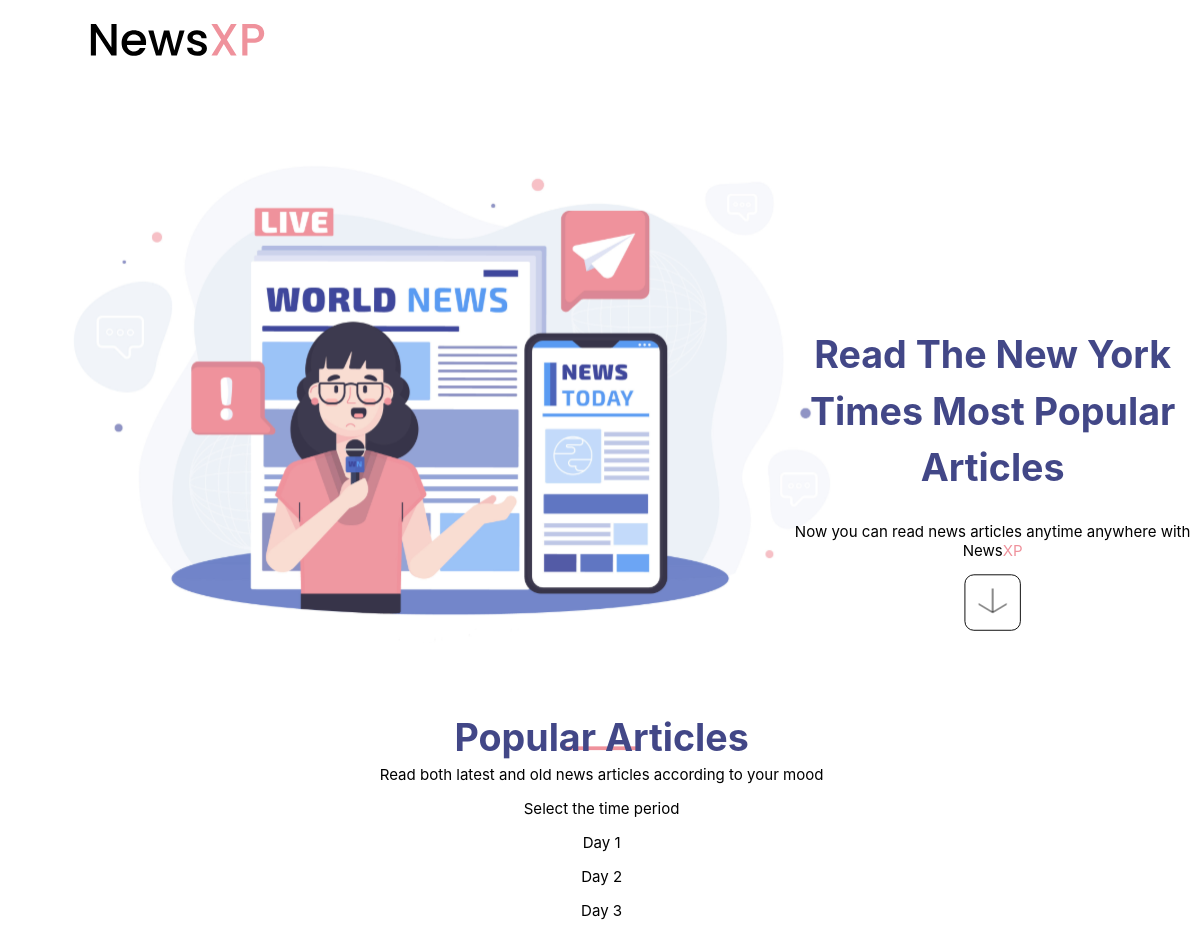
Repository: vishalsinghhh/NewsXP
Page: /
These files come from the project's save history. The page is drawn as it stood at one moment and after the next save; the edit follows.
The browser window is 1280 px wide. The pictures show the whole page, at 94% of full size.
The project was rebuilt for these pictures with package versions that can differ from the ones it lists, and the page was loaded fresh each time. Imported but missing from the stored project, and not drawn on this page: src/pages/Error.

Above is the page before, as saved 2021-08-20 11:16:49.

### src/App.js
import React from "react";
import { BrowserRouter as Router, Route, Switch } from "react-router-dom";
// import pages
import Home from "./pages/Home";
import Error from "./pages/Error";
// import components
import Navbar from "./components/Navbar"
import Footer from "./components/Footer"

function App() {
  return (
    <div>
      <Router>
        <Navbar />
        <Switch>
          <Route exact path="/">
            <Home />
          </Route>
          <Route path="*">
            <Error />
          </Route>
        </Switch>
        <Footer/>
      </Router>
    </div>
  );
}

export default App;

### src/pages/Home.jsx
import React from 'react'
import hero from '../images/hero.svg'
import arrow from '../images/arror.svg'
import './pages.css'

const Home = () => {
    return (
      <main>
        <div className="hero">
          <div className="hero-center">
            <div className="hero-info">
              <h1>Read The New York Times Most Popular Articles</h1>
              <p>
                Now you can read news articles anytime anywhere with News
                <span className="xp">XP</span>
              </p>
              <button className="btn">
                <img src={arrow} alt="arrow" className="arrow" />
              </button>
            </div>
            <div className="hero-images">
              <img src={hero} alt="hero" className="hero-img" />
            </div>
          </div>
        </div>
        <div className="news">
          <div className="news-center">
            <div className="news-info">
              <h1 className="news-title">Popular Articles</h1>
              <div className="underline"></div>
              <p>
                Read both latest and old news articles according to your mood
              </p>
              <p>Select the time period</p>
              <div className="days">
                <div className="day1"><p>Day 1</p></div>
                <div className="day2"><p>Day 2</p></div>
                <div className="day3"><p>Day 3</p></div>
              </div>
              <div className="news-cards">
              </div>
            </div>
          </div>
        </div>
      </main>
    );
}

export default Home

### src/components/Navbar.js
import React from 'react'
import { Link } from "react-router-dom";
import logo from '../images/logo.svg';
import './Components.css';

const Navbar = () => {
    return (
        <nav className="nav">
            <div className="nav-center">
                <Link to='/'>
                    <img src={logo} alt="logo" className="logo" />
                </Link>
            </div>
        </nav>
    )
}

export default Navbar

### src/components/Footer.js
import React from 'react'

const Footer = () => {
    return (
        <div>
            {/* <h1>Footer</h1> */}
        </div>
    )
}

export default Footer

### src/pages/pages.css
.btn {
  /* Rectangle 1 */

  /* position: absolute; */
  width: 60px;
  height: 60px;
  left: 1113px;
  top: 512px;

  background: #ffffff;
  border: 1px solid #000000;
  box-sizing: border-box;
  border-radius: 10px;
}

.hero::before {
  content: "";
  position: absolute;
  width: 100%;
  height: 65%;
  top: 0;
  left: 0;
}
.hero {
  position: relative;
  min-height: 100vh;
  margin-top: -5rem;
  margin-left: 2rem;
  display: grid;
  grid-template-columns: 1fr;
  /* justify-items: center; */
}
.hero-center {
  width: 90vw;
  max-width: var(--max-width);
  display: grid;
  align-items: center;
}
.hero-img {
  /* position: relative; */
  z-index: -1;
  margin-top: 10%;
}
.hero-info {
  position: absolute;
  text-transform: none;
  margin-left: 50rem;
  margin-top: 16rem;
  text-align: center;
}
.hero-info h1 {

  max-width: 1500px;
  font-size: 2.5rem;
  letter-spacing: 3%;
  line-height: 150%;
  color: #424787;
}
.xp{
    color: #EF929C;
}
.btn{
    cursor: pointer;
}
.btn:hover{
    background: #EF929C;
    transition: all 0.7s ease;
}
.arrow{
    animation: bounce 2s infinite;
}
@keyframes bounce {
  0%, 20%, 50%, 80%, 100% {
    transform: translateY(0);
  }
  40% {
    transform: translateY(-25px);
  }
  60% {
    transform: translateY(-10px);
  }
}


/* *******Popular Articles*********  */
/* .news{
  position: absolute;
  justify-content: center;
  align-items: center;
} */
.news{
  display: flex;
  justify-content: center;
  text-align: center;
}
.news-title{
  max-width: 1500px;
  font-size: 2.5rem;
  letter-spacing: 3%;
  line-height: 150%;
  color: #424787;
}
.underline {
  width: 5rem;
  height: 0.25rem;
  background: #EF929C;
  margin-top: -10%;
  margin-left: auto;
  margin-right: auto;
}

### src/components/Components.css
:root {

  --transition: all 0.3s linear;
  --spacing: 0.1rem;
  --radius: 0.25rem;
  --light-shadow: 0 5px 15px rgba(0, 0, 0, 0.1);
  --dark-shadow: 0 5px 15px rgba(0, 0, 0, 0.2);
  --max-width: 1170px;
  --fixed-width: 620px;
}
.nav {
  height: 5.5rem;
  display: flex;
  align-items: center;
  justify-content: center;
  background: transparent;
  position: relative;
  z-index: 1;
}
.nav-center {
  width: 85vw;
  /* max-width: var(--max-width); */
}

Loaded but not shown: public/index.html (common file); src/index.js (common file); src/index.css (common file)

After the next save:
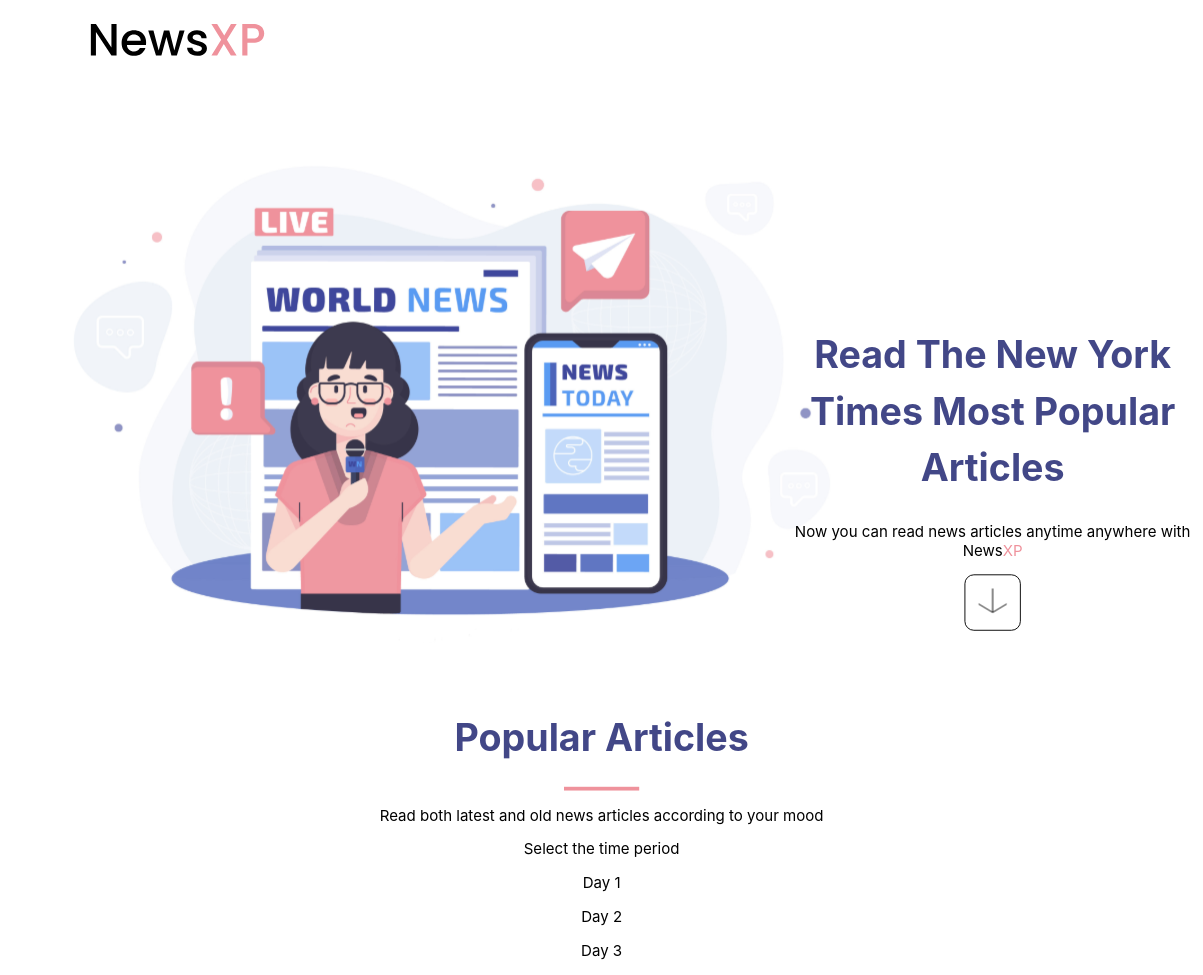
Saved 8 s later.
--- a/src/pages/pages.css
+++ b/src/pages/pages.css
@@ -104,7 +104,7 @@
   width: 5rem;
   height: 0.25rem;
   background: #EF929C;
-  margin-top: -10%;
+  margin-top: -1%;
   margin-left: auto;
   margin-right: auto;
 }
